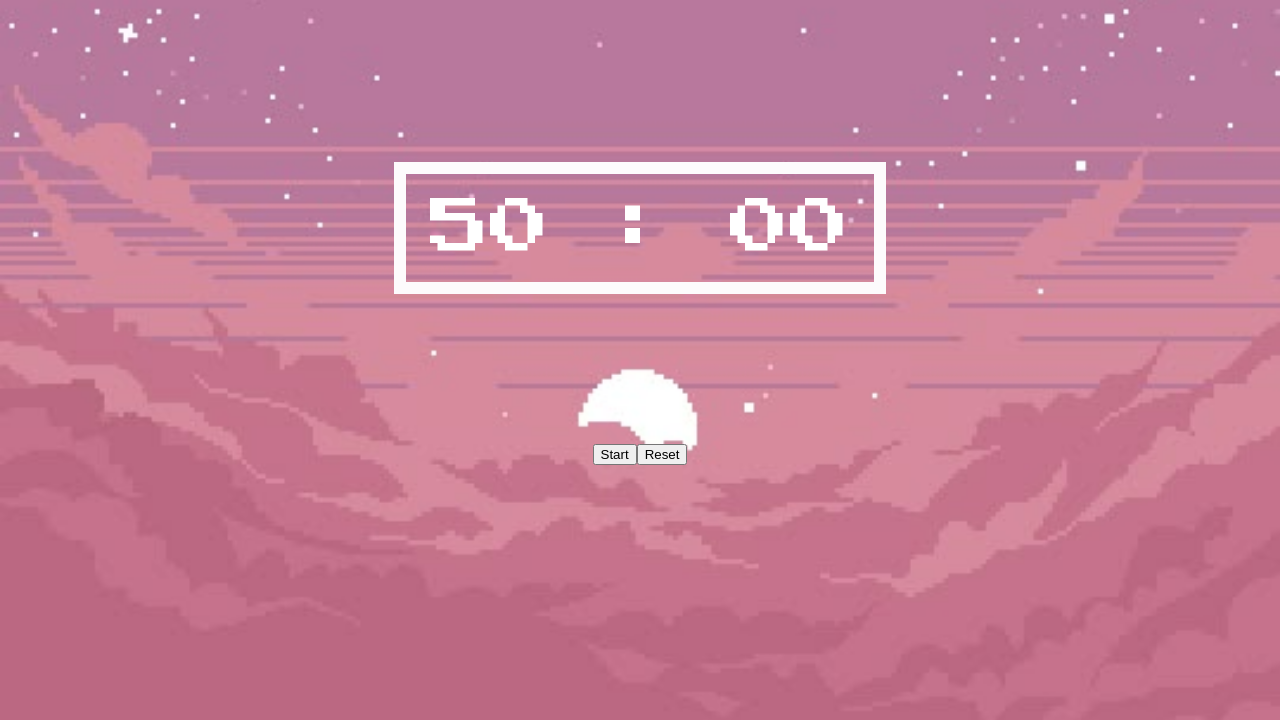
Repository: niharikapatil2306/Study-Timer
Page: index.html
These files come from the project's save history. The page is drawn as it stood at one moment and after the next save; the edit follows.
The browser window is 1280 px wide. The pictures show the whole page.

Above is the page before, as saved 2025-02-15 19:22:33.

After the next save:
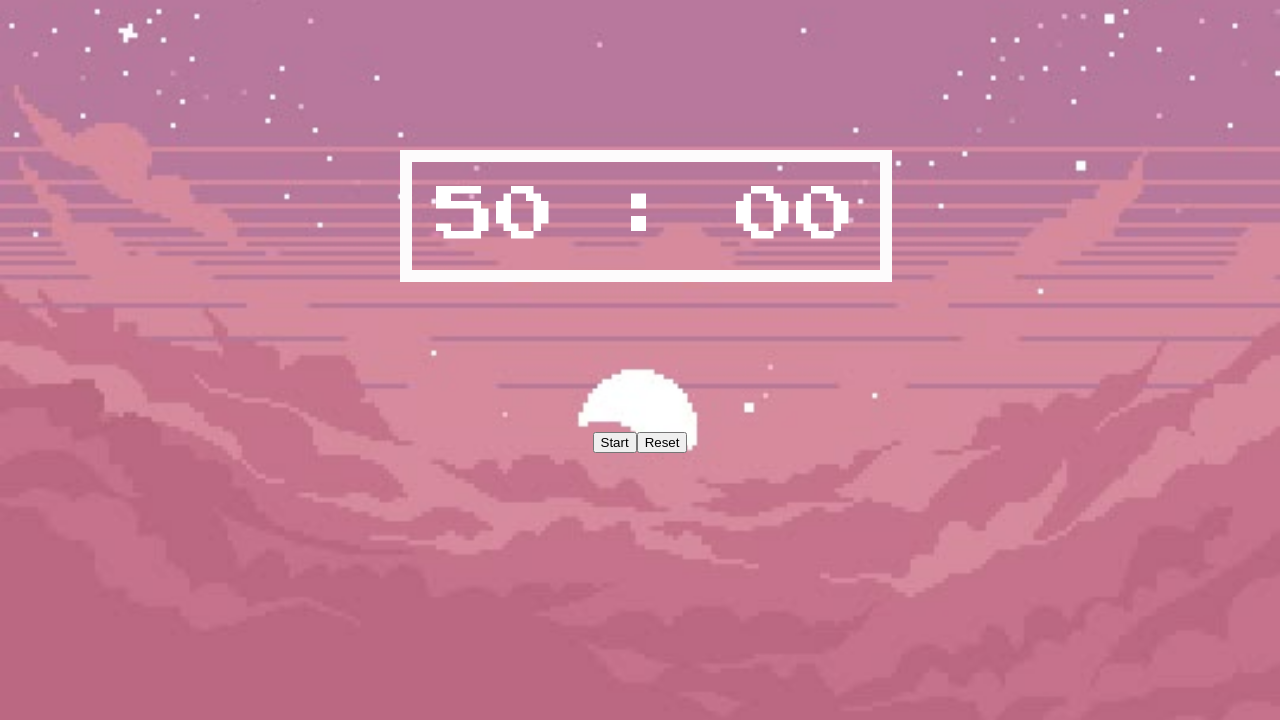
Saved 19 s later.
--- a/index.html
+++ b/index.html
@@ -9,14 +9,14 @@
 </head>
 <body style="background-color: black;">
     <div class="container">
-        <div class="pixel">
-            <div class="square1"></div>
-            <div class="square2"></div>
-            <div class="square3"></div>
-            <div class="square4"></div>
-        </div>
+
         <div class="timer">
-
+            <div class="pixel">
+                <div class="square1"></div>
+                <div class="square2"></div>
+                <div class="square3"></div>
+                <div class="square4"></div>
+            </div>
             <div class="box">
                 <span id="min">
                     50
